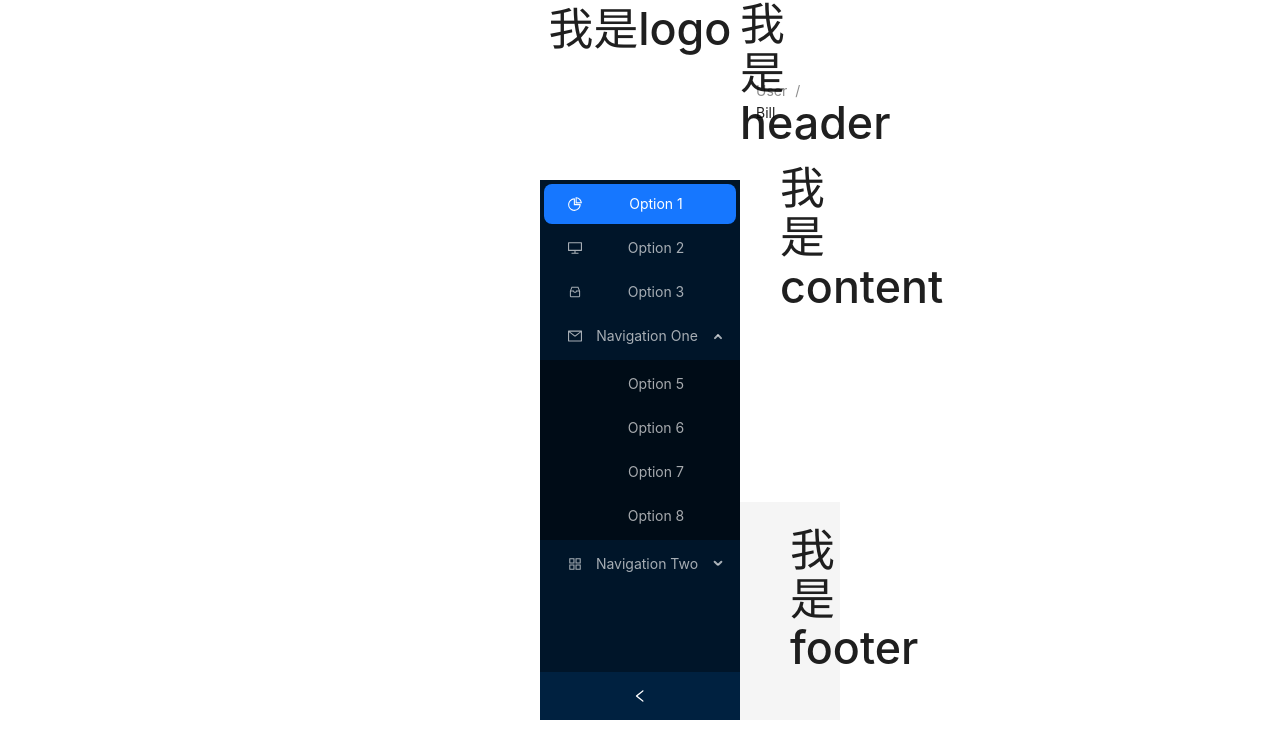
Repository: chenyl8848/chen-tool-collection
Page: /
The author's editor kept a copy of each file at every save. The page is drawn from the files as they stood at one save, then again after the next save.
The browser window is 1280 px wide. The pictures show the whole page.
The project was rebuilt for these pictures with package versions that can differ from the ones it lists, and the page was loaded fresh each time. Also part of the build but not shown: vite.config.ts, src/components/HelloWorld.vue.

Above is the page before, as saved 2024-01-09 10:57:08.

### src/main.ts
import { createApp } from 'vue'
import './style.css'

// import Antd from 'ant-design-vue';
import 'ant-design-vue/dist/reset.css';

import App from './App.vue'

const app = createApp(App)

// app.use(Antd)

app.mount('#app')

### src/App.vue
<script setup lang="ts">
import Layout from '@/layout/index.vue';
</script>

<template>
  <div>
    <Layout></Layout>
  </div>
</template>

<style scoped>
</style>

### src/layout/index.vue
<script lang="ts" setup>
import Logo from '@/layout/siderbar/logo/index.vue'
import Menu from '@/layout/siderbar/menu/index.vue'
import Header from '@/layout/header/index.vue'
import Footer from '@/layout/footer/index.vue'
import Content from '@/layout/content/index.vue'
</script>

<template>
    <a-layout class="layout">
        <a-layout-sider v-model:collapsed="collapsed" collapsible class="layout-sidebar">
            <div class="logo">
                <Logo></Logo>
            </div>
            <div class="menu">
                <Menu></Menu>
            </div>
        </a-layout-sider>
        <a-layout>
            <a-layout-header style="background: #fff; padding: 0">
                <Header></Header>
            </a-layout-header>
            <a-layout-content style="margin: 0 16px">
                <a-breadcrumb style="margin: 16px 0">
                    <a-breadcrumb-item>User</a-breadcrumb-item>
                    <a-breadcrumb-item>Bill</a-breadcrumb-item>
                </a-breadcrumb>
                <div :style="{ padding: '24px', background: '#fff', minHeight: '360px' }">
                    <Content></Content>
                </div>
            </a-layout-content>
            <a-layout-footer style="text-align: center">
                <Footer></Footer>
            </a-layout-footer>
        </a-layout>
    </a-layout>
</template>

<style scoped>
.layout {
    min-height: 100vh;

    .layout-siderbar {
        background-color: white;
    }
}

.logo {
    padding: 5px;
    height: 180px;
    background: white;
}
</style>

### src/layout/siderbar/logo/index.vue
<script lang="ts" setup>

</script>

<template>
  <div>
    <h1>我是logo</h1>
  </div>
</template>

### src/layout/siderbar/menu/index.vue
<template>
    <div>
      <a-menu
        v-model:openKeys="state.openKeys"
        v-model:selectedKeys="state.selectedKeys"
        mode="inline"
        theme="dark"
        :inline-collapsed="state.collapsed"
        :items="items"
      ></a-menu>
    </div>
  </template>
  <script lang="ts" setup>
  import { reactive, watch, h } from 'vue';
  import {
    MenuFoldOutlined,
    MenuUnfoldOutlined,
    PieChartOutlined,
    MailOutlined,
    DesktopOutlined,
    InboxOutlined,
    AppstoreOutlined,
  } from '@ant-design/icons-vue';
  const state = reactive({
    collapsed: false,
    selectedKeys: ['1'],
    openKeys: ['sub1'],
    preOpenKeys: ['sub1'],
  });
  const items = reactive([
    {
      key: '1',
      icon: () => h(PieChartOutlined),
      label: 'Option 1',
      title: 'Option 1',
    },
    {
      key: '2',
      icon: () => h(DesktopOutlined),
      label: 'Option 2',
      title: 'Option 2',
    },
    {
      key: '3',
      icon: () => h(InboxOutlined),
      label: 'Option 3',
      title: 'Option 3',
    },
    {
      key: 'sub1',
      icon: () => h(MailOutlined),
      label: 'Navigation One',
      title: 'Navigation One',
      children: [
        {
          key: '5',
          label: 'Option 5',
          title: 'Option 5',
        },
        {
          key: '6',
          label: 'Option 6',
          title: 'Option 6',
        },
        {
          key: '7',
          label: 'Option 7',
          title: 'Option 7',
        },
        {
          key: '8',
          label: 'Option 8',
          title: 'Option 8',
        },
      ],
    },
    {
      key: 'sub2',
      icon: () => h(AppstoreOutlined),
      label: 'Navigation Two',
      title: 'Navigation Two',
      children: [
        {
          key: '9',
          label: 'Option 9',
          title: 'Option 9',
        },
        {
          key: '10',
          label: 'Option 10',
          title: 'Option 10',
        },
        {
          key: 'sub3',
          label: 'Submenu',
          title: 'Submenu',
          children: [
            {
              key: '11',
              label: 'Option 11',
              title: 'Option 11',
            },
            {
              key: '12',
              label: 'Option 12',
              title: 'Option 12',
            },
          ],
        },
      ],
    },
  ]);
  watch(
    () => state.openKeys,
    (_val, oldVal) => {
      state.preOpenKeys = oldVal;
    },
  );
  const toggleCollapsed = () => {
    state.collapsed = !state.collapsed;
    state.openKeys = state.collapsed ? [] : state.preOpenKeys;
  };
  </script>

### src/layout/header/index.vue
<script lang="ts" setup>

</script>

<template>
  <div>
    <h1>我是header</h1>
  </div>
</template>

### src/layout/footer/index.vue
<script lang="ts" setup>

</script>

<template>
  <div>
    <h1>我是footer</h1>
  </div>
</template>

### src/layout/content/index.vue
<script lang="ts" setup>

</script>

<template>
  <div>
    <h1>我是content</h1>
  </div>
</template>

Loaded but not shown: index.html (common file); src/style.css (common file)

After the next save:
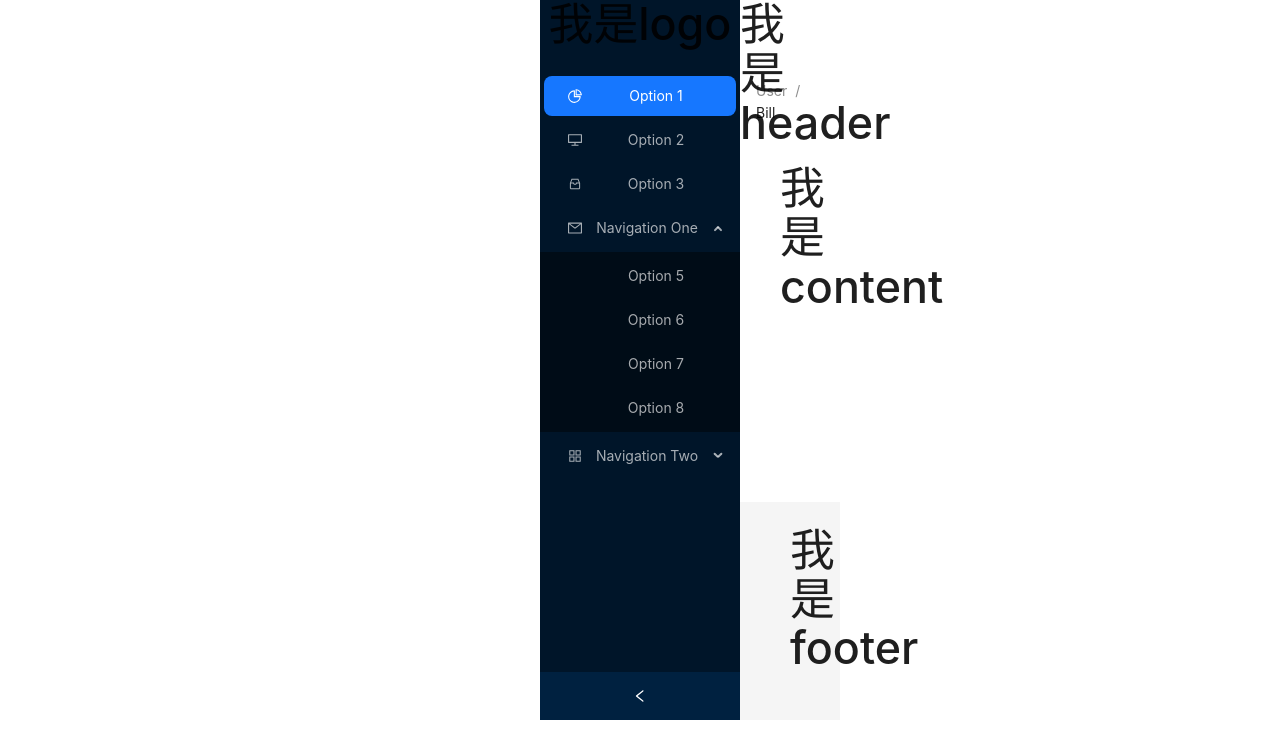
Saved 23 s later.
--- a/src/layout/index.vue
+++ b/src/layout/index.vue
@@ -42,12 +42,13 @@
 
     .layout-siderbar {
         background-color: white;
+
+        .logo {
+            padding: 5px;
+            height: 180px;
+            background: white;
+        }
+
     }
 }
-
-.logo {
-    padding: 5px;
-    height: 180px;
-    background: white;
-}
 </style>
